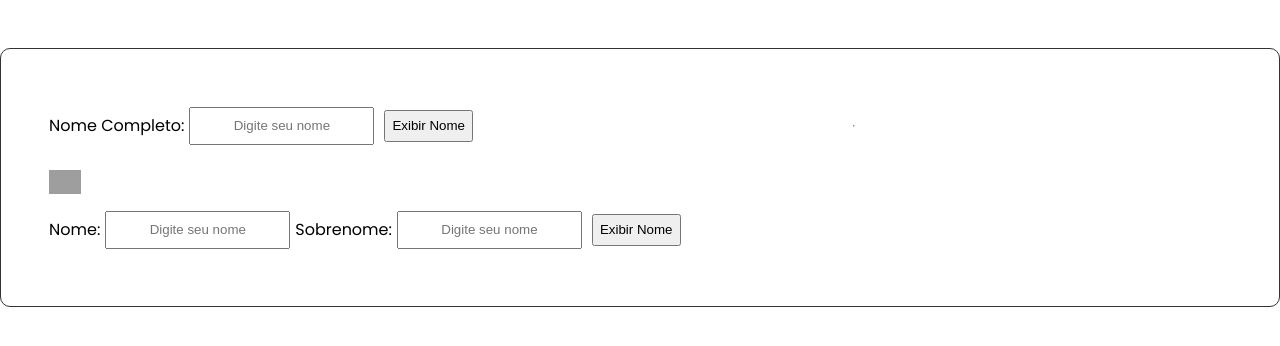
Repository: guilhermecardoso93/exerciciosjs
Page: index.html
The author's editor kept a copy of each file at every save. The page is drawn from the files as they stood at one save, then again after the next save.
The browser window is 1280 px wide. The pictures show the whole page.
Pictures or frames that could not be fetched are drawn as grey boxes.

Above is the page before, as saved 2023-05-20 12:31:28.

### index.html
<!DOCTYPE html>
<html lang="pt-Br">
  <head>
    <meta charset="UTF-8">
    <meta http-equiv="X-UA-Compatible" content="IE=edge">
    <meta name="viewport" content="width=device-width, initial-scale=1.0">
    <link rel="preconnect" href="https://fonts.googleapis.com">
    <link rel="preconnect" href="https://fonts.gstatic.com" crossorigin>
    <link rel="stylesheet" href="styles.css">
    <link
      href="https://fonts.googleapis.com/css2?family=Poppins:wght@400;500&display=swap"
      rel="stylesheet">
    <title>40 - exercícios de JS</title>
  </head>
  <body>
    <div class="NameDiv">
      <p>Nome Completo:</p>
      <input type="text" name="name" id="name"
        placeholder="Digite seu nome"/>
      <br />
      <input type="button" value="Exibir Nome" id="exibir-nome"/>
      <hr />
    </div>
      <p id="name-length" value></p>
      <img id="lamp" src="https://www.w3schools.com/js/pic_bulboff.gif">

    <div class="fullNameDiv">
      <p>Nome:</p>
      <input type="text" name="name-2" id="name-2"
        placeholder="Digite seu nome"/>
      <p>Sobrenome:</p>
      <input type="text" name="fullname" id="fullname"
        placeholder="Digite seu nome"/>
      <br/>
      <input type="button" value="Exibir Nome" id="exibir-nome-convidado"/>
    </div>
  </body>
  <script src="./script.js"></script>
</html>

### styles.css
body {
  font-family: "Poppins", sans-serif;
  margin: 3rem 0;
  border: 1px solid #333;
  border-radius: 10px;
  padding: 3rem;
}

#lamp{
  cursor: pointer;
  cursor: hand;
  width: 2rem;
}

.fullNameDiv{
  display: flex;
  gap: 5px;
  align-items: center;
  justify-content: start;
}

body input {
  height: 2rem;
  text-align: center;
}

.NameDiv{
  display: flex;
  gap: 5px;
  align-items: center;
  justify-content: center;
}

### script.js
//alert('Hello World!');
const conta = `valor de 2 + 2 é`;
//alert(`${conta} ${2 + 2}` )

const buttonShowName = document.getElementById("exibir-nome");

buttonShowName.addEventListener("click", () => {
  const inputValue = document.getElementById("name").value;
  alert(`Meu nome Completo é ${inputValue}`);
  alert(`A quantidade de letras no seu nome é de ${inputValue.length}`);
});

function turnOnOff() {
  var image = document.getElementById("lamp").src;
  var lampOn = "https://www.w3schools.com/js/pic_bulbon.gif";
  var lampOff = "https://www.w3schools.com/js/pic_bulboff.gif";

  if (image == lampOn) {
    document.getElementById("lamp").src = lampOff;
  } else {
    document.getElementById("lamp").src = lampOn;
  }
}
document.getElementById("lamp").addEventListener("mouseover", turnOnOff);
//document.getElementById("lamp").addEventListener("click", turnOnOff);

const buttonShowFullName = document.getElementById("exibir-nome-convidado");

buttonShowFullName.addEventListener("click", () => {
  const inputValueName = document.getElementById("name-2").value;
  const inputValueFullName = document.getElementById("fullname").value;
  alert(`Meu nome Completo é ${inputValueName} ${inputValueFullName}`);
});

After the next save:
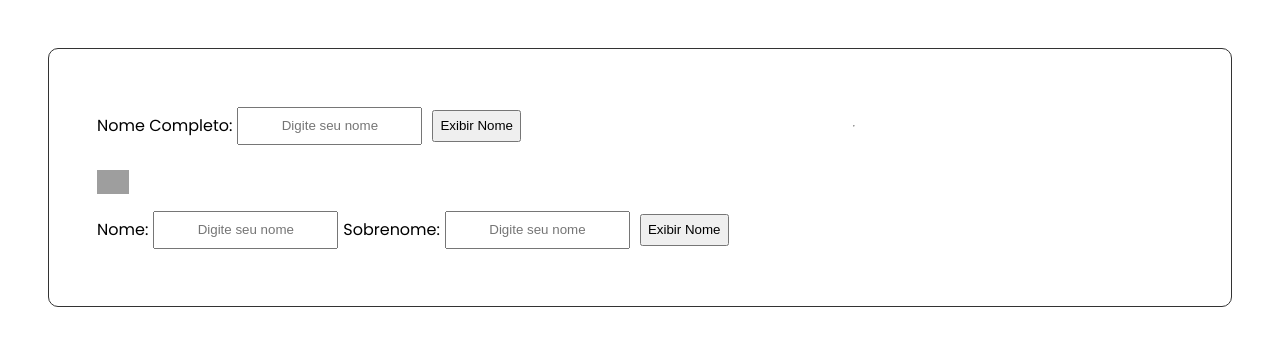
Saved 9 s later.
--- a/styles.css
+++ b/styles.css
@@ -1,6 +1,6 @@
 body {
   font-family: "Poppins", sans-serif;
-  margin: 3rem 0;
+  margin: 3rem;
   border: 1px solid #333;
   border-radius: 10px;
   padding: 3rem;
